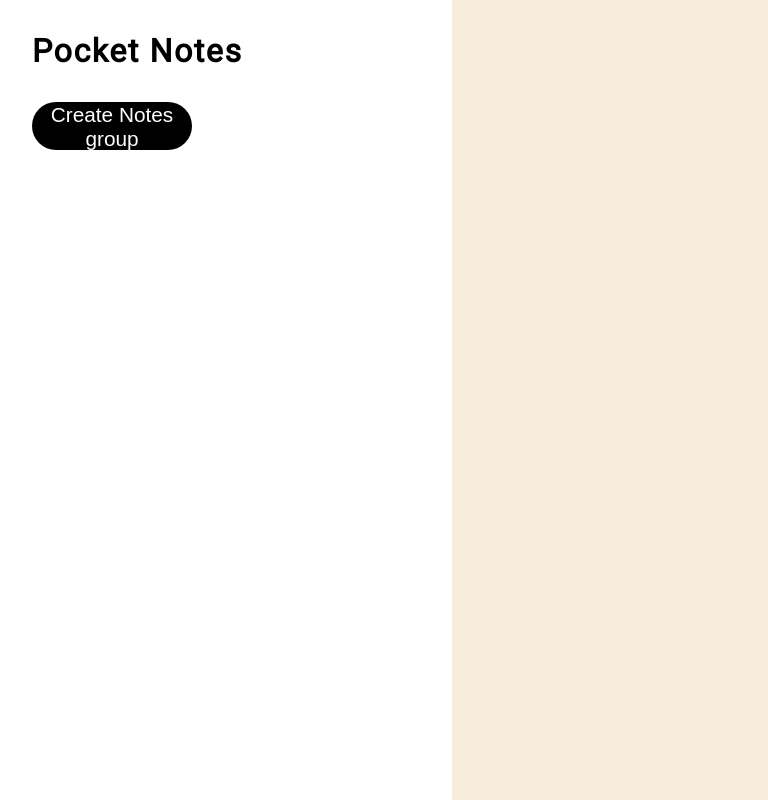
Repository: drumsmanku/react-module-test
Page: /
The author's editor kept a copy of each file at every save. The page is drawn from the files as they stood at one save, then again after the next save.
The browser window is 768 px wide. The pictures show the whole page.
The project was rebuilt for these pictures with package versions that can differ from the ones it lists, and the page was loaded fresh each time. Also part of the build but not shown: src/Components/NotesComponent.js.

Above is the page before, as saved 2023-06-12 20:22:11.

After the next save:
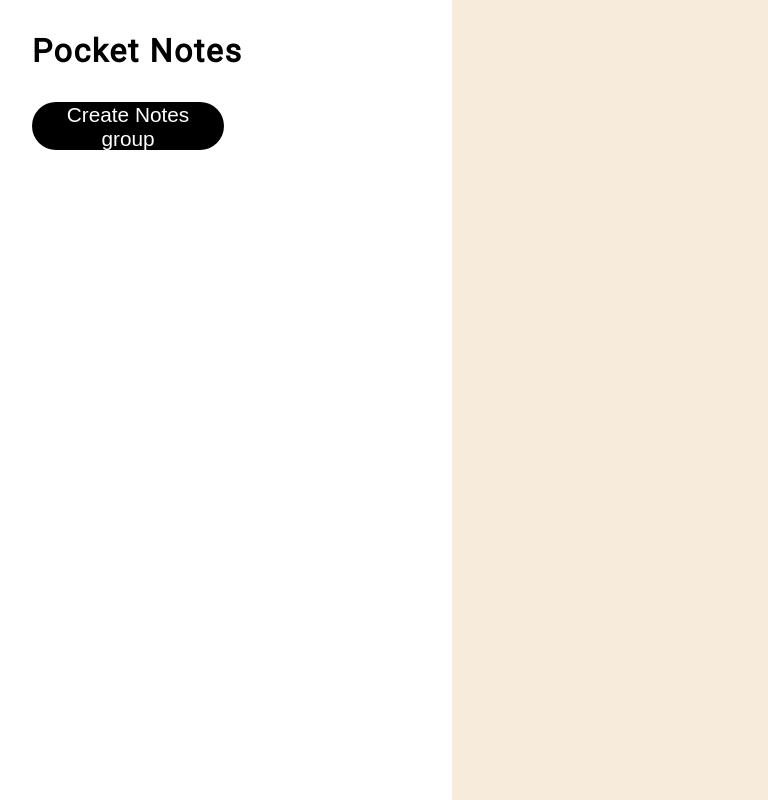
Saved 8 s later.
--- a/src/Components/PopUp.css
+++ b/src/Components/PopUp.css
@@ -18,6 +18,6 @@ body{
 
 @media(max-width: 768px){
   .btn-1{
-    width:10rem;
+    width:12rem;
   }
 }
